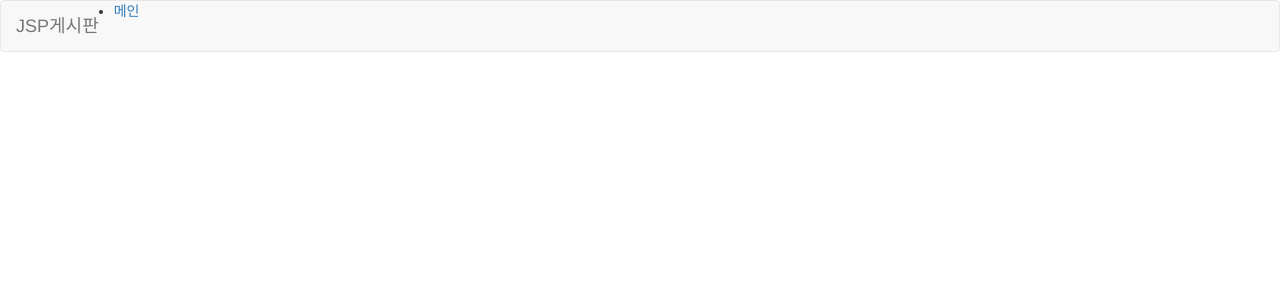
Repository: zoselakt/My_practice_JSP
Page: http://localhost/BBS/login.jsp
An editor plug-in stored every save of this project. The page is shown before and after the next save, followed by the edit.
The browser window is 1280 px wide. The pictures show the whole page.
Some web libraries are served in a nearby version. The page is served by Tomcat 9.

Above is the page before, as saved 2022-03-01 14:26:01.

After the next save:
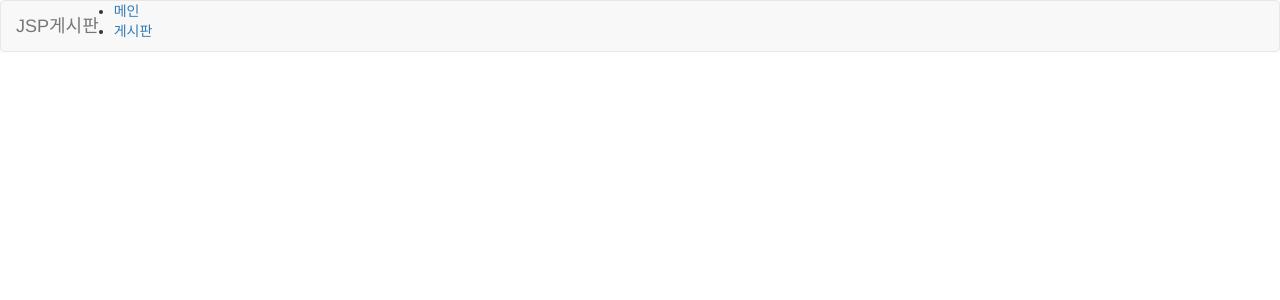
Saved 5 s later.
--- a/BBS/WebContent/login.jsp
+++ b/BBS/WebContent/login.jsp
@@ -23,6 +23,7 @@
 		<div class="collapse navbar-collapse" id="bs-example-navbar-collapse-1">
 			<ul>
 				<li><a href="main.jsp">메인</a>
+				<li><a href="main.jsp">게시판</a>
 			</ul>
 		</div>
 	</nav>
